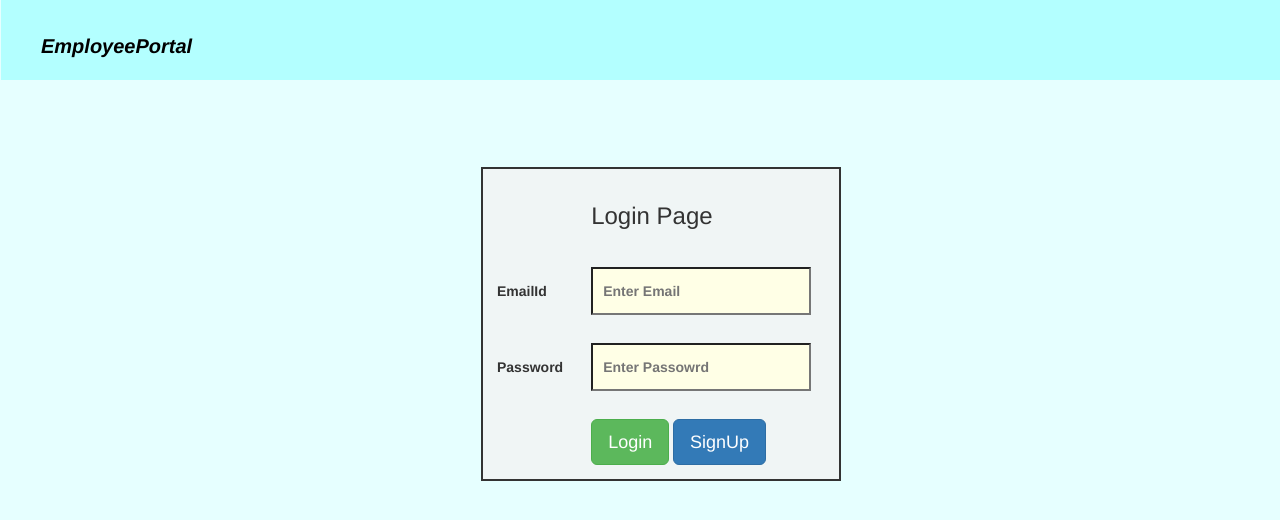
Repository: jagdishpatil18/JavaAdv
Page: http://localhost/EmployeePortal/
The author's editor kept a copy of each file at every save. The page is drawn from the files as they stood at one save, then again after the next save.
The browser window is 1280 px wide. The pictures show the whole page.
Some web libraries are served in a nearby version. The page is served by Tomcat 9.

Above is the page before, as saved 2017-05-26 04:02:48.

After the next save:
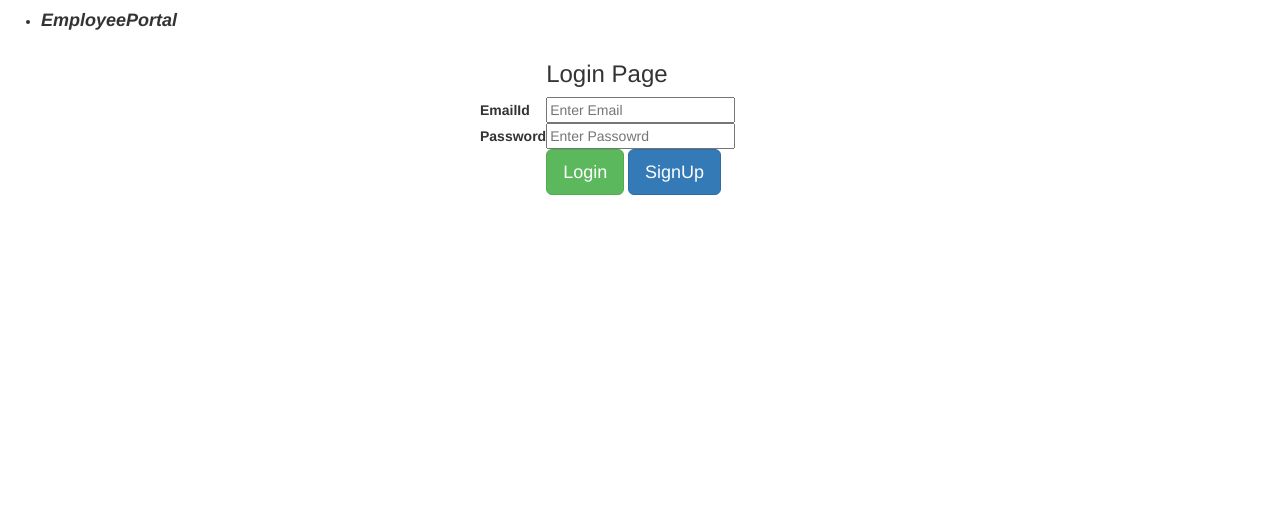
Saved 7 min 28 s later.
--- a/EmployeePortal/EmployeePortal/WebContent/Header.jsp
+++ b/EmployeePortal/EmployeePortal/WebContent/Header.jsp
@@ -164,7 +164,7 @@ function validateuser()
 
 
 </script>
-
+<!--
 <style>
 .container{
 /* width: 400px; */
@@ -348,7 +348,9 @@ width: 40%;
 
 
 </style>
-</head>
+ -->
+
+ </head>
 
  <body class="body">
 <div class="navbar">
